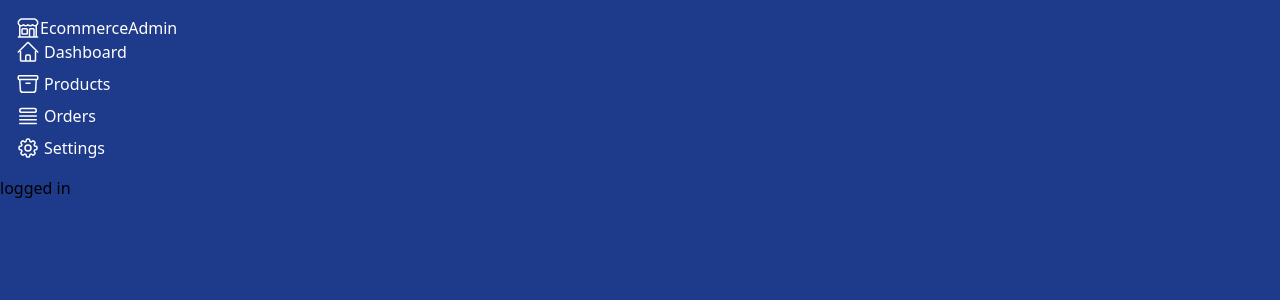
Repository: xoshiraghavx/CRUDS
Page: /
These files come from the project's save history. The page is drawn as it stood at one moment and after a run of saves; the edit follows.
The browser window is 1280 px wide. The pictures show the whole page.
The page's requests for data from a server got no answer. The project was rebuilt for these pictures with package versions that can differ from the ones it lists, and the page was loaded fresh each time. The framework's server and built-in components were replaced by stand-ins that run in the browser. No one was signed in, and anything a server would have sent is missing. Also part of the build but not shown: next.config.mjs.

Above is the page before, as saved 2024-02-22 19:36:59.

### pages/_app.js
import "@/styles/globals.css";


import { SessionProvider } from "next-auth/react"

export default function App({
  Component, pageProps: { session, ...pageProps }

}) {
  return (
    <SessionProvider session={session}>
      <Component {...pageProps}/>
    </SessionProvider>
  )
}

### pages/index.js
import Nav from "@/components/Nav";
import { useSession, signIn, signOut } from "next-auth/react"

export default function Home() {
  const { data: session } = useSession();
  // if(!session){
  //   return(
  //     <div className="bg-blue-900 w-screen h-screen flex items-center">
  //     <div className="text-center w-full">
  //     <button onClick={()=> signIn('google')}  className="bg-white p-2 px-4 rounded-lg">Login with Google</button>
  //     </div>
  //   </div>
  //   )
  // }
  return (
    <div className="bg-blue-900 min-h-screen">
      <Nav />
    <div>logged in
      {/* {session.user.email} */}
      </div>
    </div>
  );
}

### components/Nav.js
import Link from 'next/link'
import React from 'react'

const Nav = () => {
  return (
    <aside className='text-white p-4'>
        <Link href={'/'} className='flex'>
        <svg xmlns="http://www.w3.org/2000/svg" fill="none" viewBox="0 0 24 24" strokeWidth={1.5} stroke="currentColor" className="w-6 h-6">
            <path strokeLinecap="round" strokeLinejoin="round" d="M13.5 21v-7.5a.75.75 0 0 1 .75-.75h3a.75.75 0 0 1 .75.75V21m-4.5 0H2.36m11.14 0H18m0 0h3.64m-1.39 0V9.349M3.75 21V9.349m0 0a3.001 3.001 0 0 0 3.75-.615A2.993 2.993 0 0 0 9.75 9.75c.896 0 1.7-.393 2.25-1.016a2.993 2.993 0 0 0 2.25 1.016c.896 0 1.7-.393 2.25-1.015a3.001 3.001 0 0 0 3.75.614m-16.5 0a3.004 3.004 0 0 1-.621-4.72l1.189-1.19A1.5 1.5 0 0 1 5.378 3h13.243a1.5 1.5 0 0 1 1.06.44l1.19 1.189a3 3 0 0 1-.621 4.72M6.75 18h3.75a.75.75 0 0 0 .75-.75V13.5a.75.75 0 0 0-.75-.75H6.75a.75.75 0 0 0-.75.75v3.75c0 .414.336.75.75.75Z" />
        </svg>
        <span className=''>
            EcommerceAdmin
        </span>
        </Link>
        <nav className='flex flex-col gap-2'>
            <Link href={'/'} className='flex gap-1'>
            <svg xmlns="http://www.w3.org/2000/svg" fill="none" viewBox="0 0 24 24" strokeWidth={1.5} stroke="currentColor" className="w-6 h-6">
                <path strokeLinecap="round" strokeLinejoin="round" d="m2.25 12 8.954-8.955c.44-.439 1.152-.439 1.591 0L21.75 12M4.5 9.75v10.125c0 .621.504 1.125 1.125 1.125H9.75v-4.875c0-.621.504-1.125 1.125-1.125h2.25c.621 0 1.125.504 1.125 1.125V21h4.125c.621 0 1.125-.504 1.125-1.125V9.75M8.25 21h8.25" />
            </svg>
                Dashboard
            </Link>
            <Link href={'/'} className='flex gap-1'>
            <svg xmlns="http://www.w3.org/2000/svg" fill="none" viewBox="0 0 24 24" strokeWidth={1.5} stroke="currentColor" className="w-6 h-6">
                <path strokeLinecap="round" strokeLinejoin="round" d="m20.25 7.5-.625 10.632a2.25 2.25 0 0 1-2.247 2.118H6.622a2.25 2.25 0 0 1-2.247-2.118L3.75 7.5M10 11.25h4M3.375 7.5h17.25c.621 0 1.125-.504 1.125-1.125v-1.5c0-.621-.504-1.125-1.125-1.125H3.375c-.621 0-1.125.504-1.125 1.125v1.5c0 .621.504 1.125 1.125 1.125Z" />
            </svg>
                Products
            </Link>
            <Link href={'/'} className='flex gap-1'>
            <svg xmlns="http://www.w3.org/2000/svg" fill="none" viewBox="0 0 24 24" strokeWidth={1.5} stroke="currentColor" className="w-6 h-6">
                <path strokeLinecap="round" strokeLinejoin="round" d="M3.75 12h16.5m-16.5 3.75h16.5M3.75 19.5h16.5M5.625 4.5h12.75a1.875 1.875 0 0 1 0 3.75H5.625a1.875 1.875 0 0 1 0-3.75Z" />
            </svg>
                Orders
            </Link>
            <Link href={'/'} className='flex gap-1'>
            <svg xmlns="http://www.w3.org/2000/svg" fill="none" viewBox="0 0 24 24" strokeWidth={1.5} stroke="currentColor" className="w-6 h-6">
                <path strokeLinecap="round" strokeLinejoin="round" d="M10.343 3.94c.09-.542.56-.94 1.11-.94h1.093c.55 0 1.02.398 1.11.94l.149.894c.07.424.384.764.78.93.398.164.855.142 1.205-.108l.737-.527a1.125 1.125 0 0 1 1.45.12l.773.774c.39.389.44 1.002.12 1.45l-.527.737c-.25.35-.272.806-.107 1.204.165.397.505.71.93.78l.893.15c.543.09.94.559.94 1.109v1.094c0 .55-.397 1.02-.94 1.11l-.894.149c-.424.07-.764.383-.929.78-.165.398-.143.854.107 1.204l.527.738c.32.447.269 1.06-.12 1.45l-.774.773a1.125 1.125 0 0 1-1.449.12l-.738-.527c-.35-.25-.806-.272-1.203-.107-.398.165-.71.505-.781.929l-.149.894c-.09.542-.56.94-1.11.94h-1.094c-.55 0-1.019-.398-1.11-.94l-.148-.894c-.071-.424-.384-.764-.781-.93-.398-.164-.854-.142-1.204.108l-.738.527c-.447.32-1.06.269-1.45-.12l-.773-.774a1.125 1.125 0 0 1-.12-1.45l.527-.737c.25-.35.272-.806.108-1.204-.165-.397-.506-.71-.93-.78l-.894-.15c-.542-.09-.94-.56-.94-1.109v-1.094c0-.55.398-1.02.94-1.11l.894-.149c.424-.07.765-.383.93-.78.165-.398.143-.854-.108-1.204l-.526-.738a1.125 1.125 0 0 1 .12-1.45l.773-.773a1.125 1.125 0 0 1 1.45-.12l.737.527c.35.25.807.272 1.204.107.397-.165.71-.505.78-.929l.15-.894Z" />
                <path strokeLinecap="round" strokeLinejoin="round" d="M15 12a3 3 0 1 1-6 0 3 3 0 0 1 6 0Z" />
                </svg>
                Settings
            </Link>
        </nav>
    </aside>
  )
}

export default Nav

Loaded but not shown: pages/_document.js (common file); styles/globals.css (common file); tailwind.config.js (common file)

After the next 2 saves:
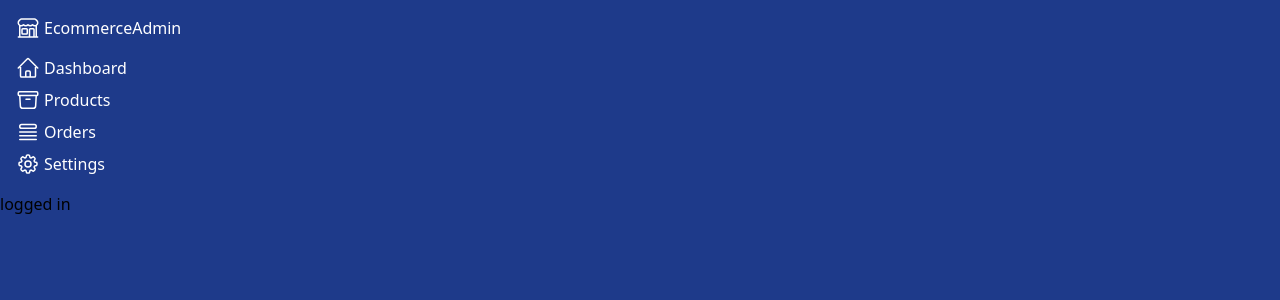
The 2 saves are shown as one change because they came seconds apart.
The last was saved 34 s later.
--- a/components/Nav.js
+++ b/components/Nav.js
@@ -4,7 +4,7 @@ import React from 'react'
 const Nav = () => {
   return (
     <aside className='text-white p-4'>
-        <Link href={'/'} className='flex'>
+        <Link href={'/'} className='flex gap-1 mb-4'>
         <svg xmlns="http://www.w3.org/2000/svg" fill="none" viewBox="0 0 24 24" strokeWidth={1.5} stroke="currentColor" className="w-6 h-6">
             <path strokeLinecap="round" strokeLinejoin="round" d="M13.5 21v-7.5a.75.75 0 0 1 .75-.75h3a.75.75 0 0 1 .75.75V21m-4.5 0H2.36m11.14 0H18m0 0h3.64m-1.39 0V9.349M3.75 21V9.349m0 0a3.001 3.001 0 0 0 3.75-.615A2.993 2.993 0 0 0 9.75 9.75c.896 0 1.7-.393 2.25-1.016a2.993 2.993 0 0 0 2.25 1.016c.896 0 1.7-.393 2.25-1.015a3.001 3.001 0 0 0 3.75.614m-16.5 0a3.004 3.004 0 0 1-.621-4.72l1.189-1.19A1.5 1.5 0 0 1 5.378 3h13.243a1.5 1.5 0 0 1 1.06.44l1.19 1.189a3 3 0 0 1-.621 4.72M6.75 18h3.75a.75.75 0 0 0 .75-.75V13.5a.75.75 0 0 0-.75-.75H6.75a.75.75 0 0 0-.75.75v3.75c0 .414.336.75.75.75Z" />
         </svg>
